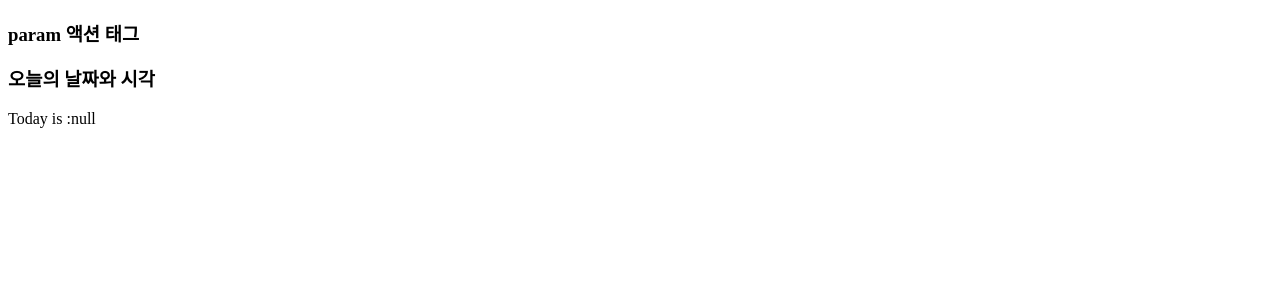
Repository: suinautant/learnCode
Page: http://localhost/JSPBook/ch04/param02.jsp
These files come from the project's save history. The page is drawn as it stood at one moment and after the next save; the edit follows.
The browser window is 1280 px wide. The pictures show the whole page.
The page is served by Tomcat 9. Other server files are loaded and not shown.

Above is the page before, as saved 2021-06-30 05:49:52.

### jsp/JSPBook/WebContent/ch04/param02.jsp
<%@ page language="java" contentType="text/html; charset=UTF-8"
    pageEncoding="UTF-8"%>
<!DOCTYPE html>
<html>
<head>
<meta charset="UTF-8">
<title>Action Tag</title>
</head>
<body>
	<h3>param 액션 태그</h3>
	<jsp:include page="param02_data.jsp">
		<jsp:param value='<%=java.net.URLEncoder.encode("오늘의 날짜와 시각") %>' name="title" />
		<jsp:param value='<%=java.util.Calendar.getInstance().getTime() %>' name=""/>
	</jsp:include>
</body>
</html>

### jsp/JSPBook/WebContent/ch04/param02_data.jsp
<%@ page language="java" contentType="text/html; charset=UTF-8"
	pageEncoding="UTF-8"
%>
<!DOCTYPE html>
<html>
<head>
<meta charset="UTF-8">
<title>Action Tag-2</title>
</head>
<body>
	<%
		String title = request.getParameter("title");
	%>
	<h3>
		<%=java.net.URLDecoder.decode(title)%>
	</h3>
	Today is :<%=request.getParameter("date") %>
</body>
</html>

After the next save:
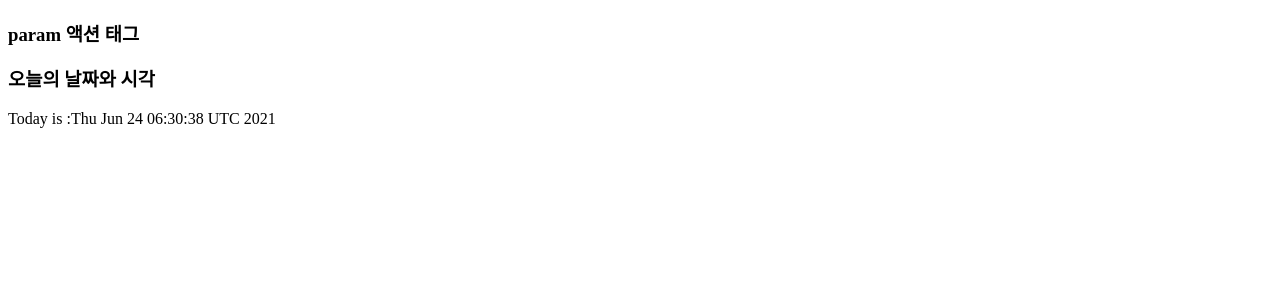
Saved 35 s later.
--- a/jsp/JSPBook/WebContent/ch04/param02.jsp
+++ b/jsp/JSPBook/WebContent/ch04/param02.jsp
@@ -10,7 +10,7 @@
 	<h3>param 액션 태그</h3>
 	<jsp:include page="param02_data.jsp">
 		<jsp:param value='<%=java.net.URLEncoder.encode("오늘의 날짜와 시각") %>' name="title" />
-		<jsp:param value='<%=java.util.Calendar.getInstance().getTime() %>' name=""/>
+		<jsp:param value='<%=java.util.Calendar.getInstance().getTime() %>' name="date"/>
 	</jsp:include>
 </body>
 </html>
